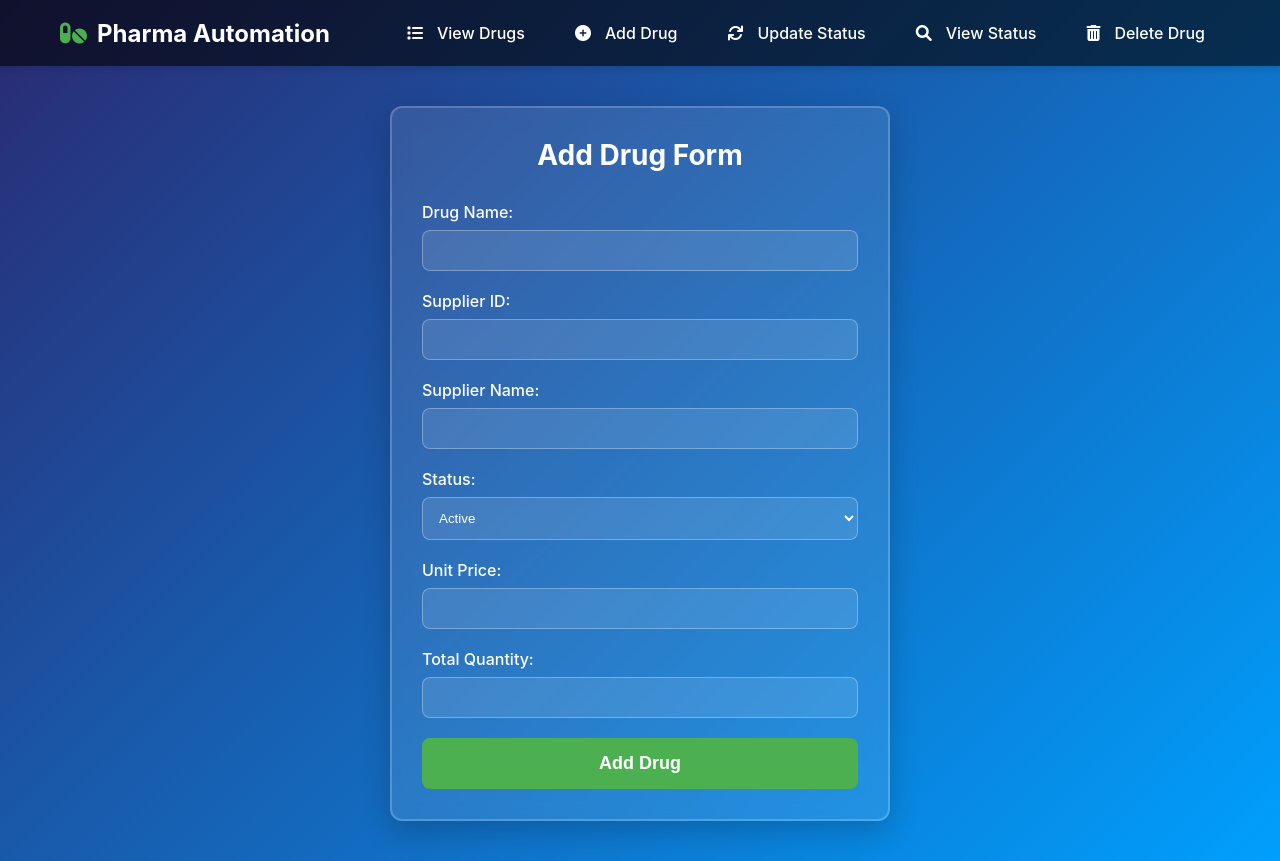
Repository: Clarrieous/Infosys-intern
Page: http://localhost/adddrug
These files come from the project's save history. The page is drawn as it stood at one moment and after the next save; the edit follows.
The browser window is 1280 px wide. The pictures show the whole page.
The page is this project's Thymeleaf template; nobody is signed in. The template is opened directly, without the code that normally fills it, so the values that code supplies are empty.

Above is the page before, as saved 2024-12-08 13:31:11.

### ClientService/src/main/resources/templates/adddrug.html
<!DOCTYPE html>
<html xmlns:th="http://www.thymeleaf.org">
<head>
    <meta charset="UTF-8">
    <meta name="viewport" content="width=device-width, initial-scale=1.0">
    <title>Add Drug Form - Pharma Automation</title>
    <link href="https://cdnjs.cloudflare.com/ajax/libs/font-awesome/6.0.0-beta3/css/all.min.css" rel="stylesheet">
    <style>
        :root {
            --primary-color: #2a2a72;
            --secondary-color: #009ffd;
            --accent-color: #4CAF50;
            --text-color: #ffffff;
            --background-color: #f4f4f4;
        }

        * {
            margin: 0;
            padding: 0;
            box-sizing: border-box;
        }

        body {
            font-family: 'Inter', 'Segoe UI', Tahoma, Geneva, Verdana, sans-serif;
            background: linear-gradient(135deg, var(--primary-color), var(--secondary-color));
            color: var(--text-color);
            min-height: 100vh;
            display: flex;
            flex-direction: column;
        }

        .container {
            max-width: 1200px;
            margin: 0 auto;
            padding: 0 20px;
            width: 100%;
        }

        .navbar {
            background-color: rgba(0, 0, 0, 0.6);
            padding: 15px 0;
            box-shadow: 0 4px 6px rgba(0, 0, 0, 0.1);
        }

        .nav-content {
            display: flex;
            justify-content: space-between;
            align-items: center;
        }

        .logo {
            display: flex;
            align-items: center;
            font-size: 24px;
            font-weight: 700;
        }

        .logo i {
            margin-right: 10px;
            color: var(--accent-color);
        }

        .nav-menu {
            display: flex;
            list-style: none;
            gap: 20px;
        }

        .nav-menu li a {
            color: var(--text-color);
            text-decoration: none;
            font-weight: 500;
            transition: all 0.3s ease;
            padding: 8px 15px;
            border-radius: 6px;
            display: flex;
            align-items: center;
            gap: 8px;
        }

        .nav-menu li a:hover {
            background-color: var(--accent-color);
            transform: translateY(-3px);
        }

        .nav-menu li a i {
            margin-right: 6px;
        }

        .form-container {
            width: 100%;
            max-width: 500px;
            margin: 40px auto;
            background-color: rgba(255, 255, 255, 0.1);
            border: 2px solid rgba(255, 255, 255, 0.2);
            border-radius: 12px;
            padding: 30px;
            backdrop-filter: blur(10px);
            box-shadow: 0 10px 30px rgba(0, 0, 0, 0.2);
        }

        .form-container h2 {
            text-align: center;
            margin-bottom: 30px;
            color: var(--text-color);
            font-size: 28px;
        }

        .form-group {
            margin-bottom: 20px;
        }

        .form-group label {
            display: block;
            margin-bottom: 8px;
            color: var(--text-color);
            font-weight: 500;
        }

        .form-group input,
        .form-group select {
            width: 100%;
            padding: 12px;
            border: 1px solid rgba(255, 255, 255, 0.3);
            border-radius: 8px;
            background-color: rgba(255, 255, 255, 0.1);
            color: var(--text-color);
            transition: all 0.3s ease;
        }

        .form-group input:focus,
        .form-group select:focus {
            outline: none;
            border-color: var(--accent-color);
            box-shadow: 0 0 0 3px rgba(76, 175, 80, 0.3);
        }

        .submit-btn {
            width: 100%;
            padding: 15px;
            background-color: var(--accent-color);
            color: white;
            border: none;
            border-radius: 8px;
            font-size: 18px;
            font-weight: 600;
            cursor: pointer;
            transition: all 0.3s ease;
        }

        .submit-btn:hover {
            background-color: #45a049;
            transform: translateY(-3px);
            box-shadow: 0 6px 12px rgba(0, 0, 0, 0.2);
        }

        @media (max-width: 768px) {
            .nav-content {
                flex-direction: column;
                text-align: center;
            }

            .nav-menu {
                margin-top: 15px;
                flex-direction: column;
                align-items: center;
            }

            .form-container {
                width: 90%;
                padding: 20px;
            }
        }
    </style>
</head>
<body>
    <nav class="navbar">
        <div class="container nav-content">
            <div class="logo">
                <i class="fas fa-pills"></i>
                Pharma Automation
            </div>
            <ul class="nav-menu">
                <li><a th:href="@{/viewAllDrugs}"><i class="fas fa-list"></i>View Drugs</a></li>
                <li><a th:href="@{/addDrug}"><i class="fas fa-plus-circle"></i>Add Drug</a></li>
                <li><a th:href="@{/updateStatus}"><i class="fas fa-sync"></i>Update Status</a></li>
                <li><a th:href="@{/viewDrugStatus}"><i class="fas fa-search"></i>View Status</a></li>
                <li><a th:href="@{/deleteDrug}"><i class="fas fa-trash-alt"></i>Delete Drug</a></li>
            </ul>
        </div>
    </nav>

    <div class="container">
        <div class="form-container">
            <h2>Add Drug Form</h2>
            <form th:action="@{/add}" th:object="${drug}" method="post">
                <div class="form-group">
                    <label for="drugName">Drug Name:</label>
                    <input type="text" id="drugName" th:field="*{drugName}" required />
                </div>
                <div class="form-group">
                    <label for="supplierId">Supplier ID:</label>
                    <input type="text" id="supplierId" th:field="*{supplierId}" required />
                </div>
                <div class="form-group">
                    <label for="supplierName">Supplier Name:</label>
                    <input type="text" id="supplierName" th:field="*{supplierName}" required />
                </div>
                <div class="form-group">
                    <label for="status">Status:</label>
                    <select id="status" th:field="*{status}" required>
                        <option value="active">Active</option>
                        <option value="banned">Banned</option>
                    </select>
                </div>
                <div class="form-group">
                    <label for="unitPrice">Unit Price:</label>
                    <input type="number" step="0.01" id="unitPrice" th:field="*{unitPrice}" required />
                </div>
                <div class="form-group">
                    <label for="totalQuantity">Total Quantity:</label>
                    <input type="number" id="totalQuantity" th:field="*{totalQuantity}" required />
                </div>
                <button type="submit" class="submit-btn">Add Drug</button>
            </form>
        </div>
    </div>
</body>
</html>

After the next save:
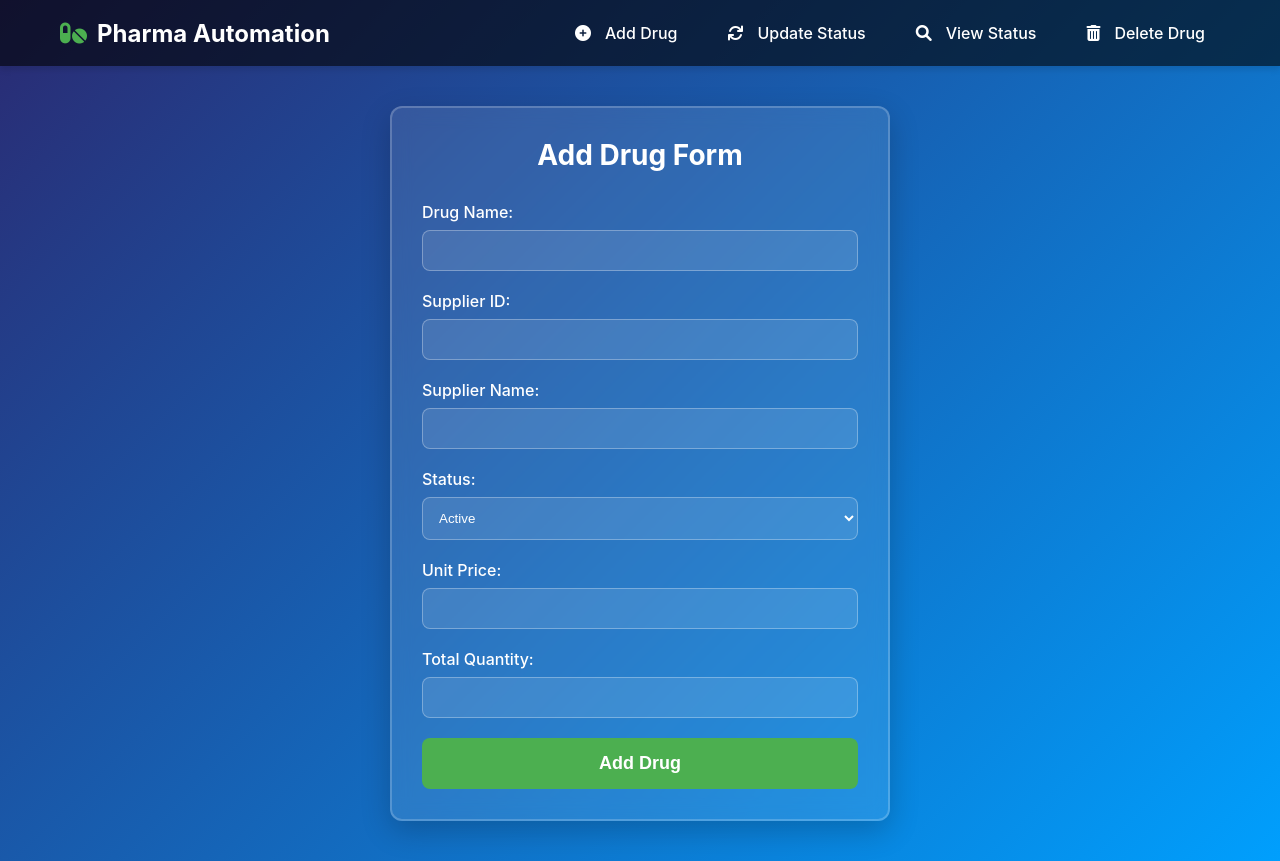
Saved 6 min 6 s later.
--- a/ClientService/src/main/resources/templates/adddrug.html
+++ b/ClientService/src/main/resources/templates/adddrug.html
@@ -181,7 +181,7 @@
                 Pharma Automation
             </div>
             <ul class="nav-menu">
-                <li><a th:href="@{/viewAllDrugs}"><i class="fas fa-list"></i>View Drugs</a></li>
+
                 <li><a th:href="@{/addDrug}"><i class="fas fa-plus-circle"></i>Add Drug</a></li>
                 <li><a th:href="@{/updateStatus}"><i class="fas fa-sync"></i>Update Status</a></li>
                 <li><a th:href="@{/viewDrugStatus}"><i class="fas fa-search"></i>View Status</a></li>
